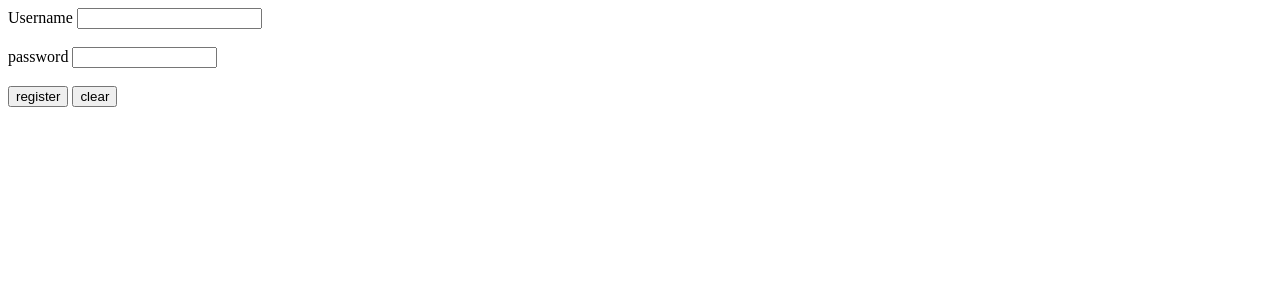
Repository: spgajjal/Day10
Page: LoginApp/WebContent/registration.html
An editor plug-in stored every save of this project. The page is shown before and after the next save, followed by the edit.
The browser window is 1280 px wide. The pictures show the whole page.

Above is the page before, as saved 2018-09-05 12:04:06.

### LoginApp/WebContent/registration.html
<!DOCTYPE html>
<html>
<head>
<meta charset="ISO-8859-1">
<title>Registration</title>
</head>
<body>
<form action="registration from" method="post">
<label>Username</label>
<input type="text" name="username" size=20>


<br><br>
<label>password</label>
<input type="password" name="password" size=15>
<br><br>
<input type="submit" value="register">
<input type="reset"  value="clear">

</form>

</body>
</html>

After the next save:
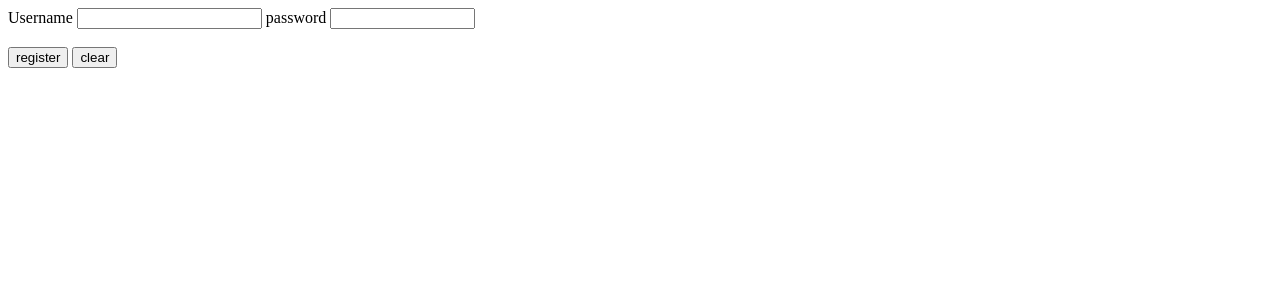
Saved 47 s later.
--- a/LoginApp/WebContent/registration.html
+++ b/LoginApp/WebContent/registration.html
@@ -10,7 +10,7 @@
 <input type="text" name="username" size=20>
 
 
-<br><br>
+
 <label>password</label>
 <input type="password" name="password" size=15>
 <br><br>

After the save that followed:
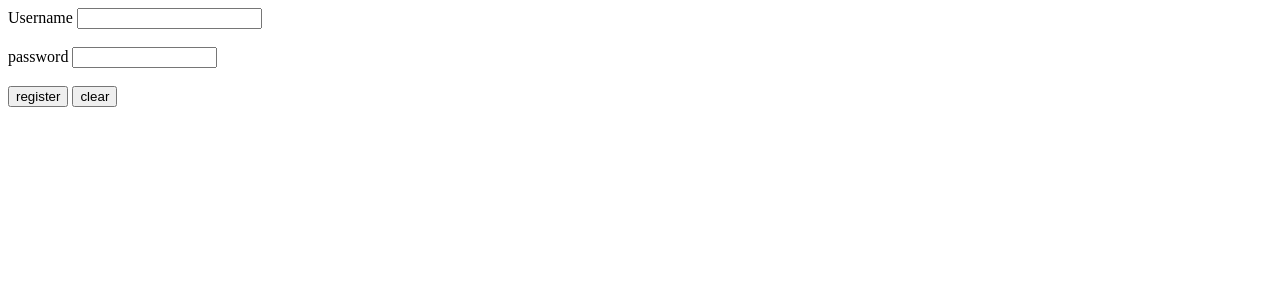
Saved 114 s later.
--- a/LoginApp/WebContent/registration.html
+++ b/LoginApp/WebContent/registration.html
@@ -10,7 +10,7 @@
 <input type="text" name="username" size=20>
 
 
-
+<br><br>
 <label>password</label>
 <input type="password" name="password" size=15>
 <br><br>
